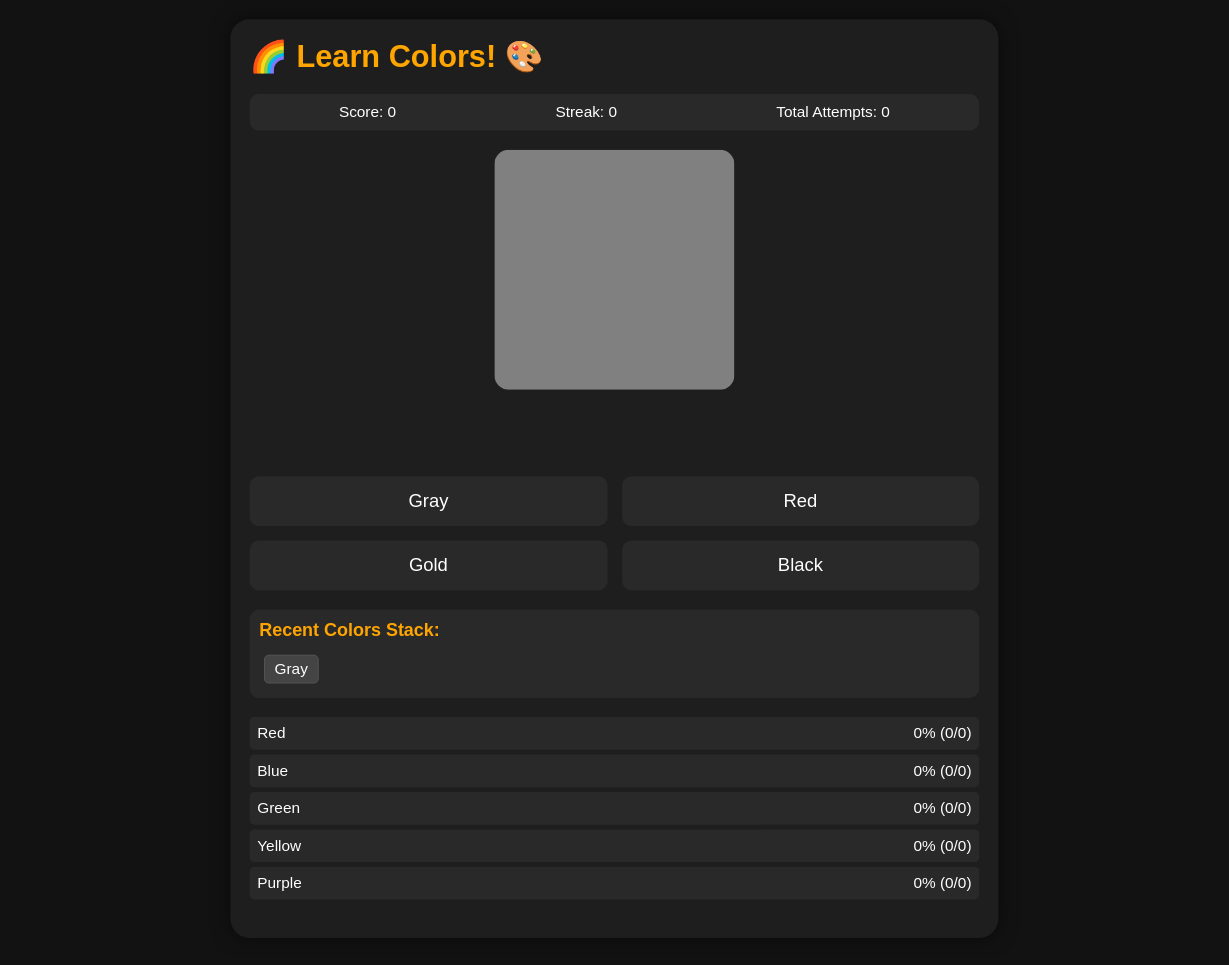
Repository: abhijeets54/learncolors
Page: project.html
An editor plug-in stored every save of this project. The page is shown before and after the next save, followed by the edit.
The browser window is 1280 px wide. The pictures show the whole page, at 96% of full size.

Above is the page before, as saved 2024-11-17 20:02:05.

After the next save:
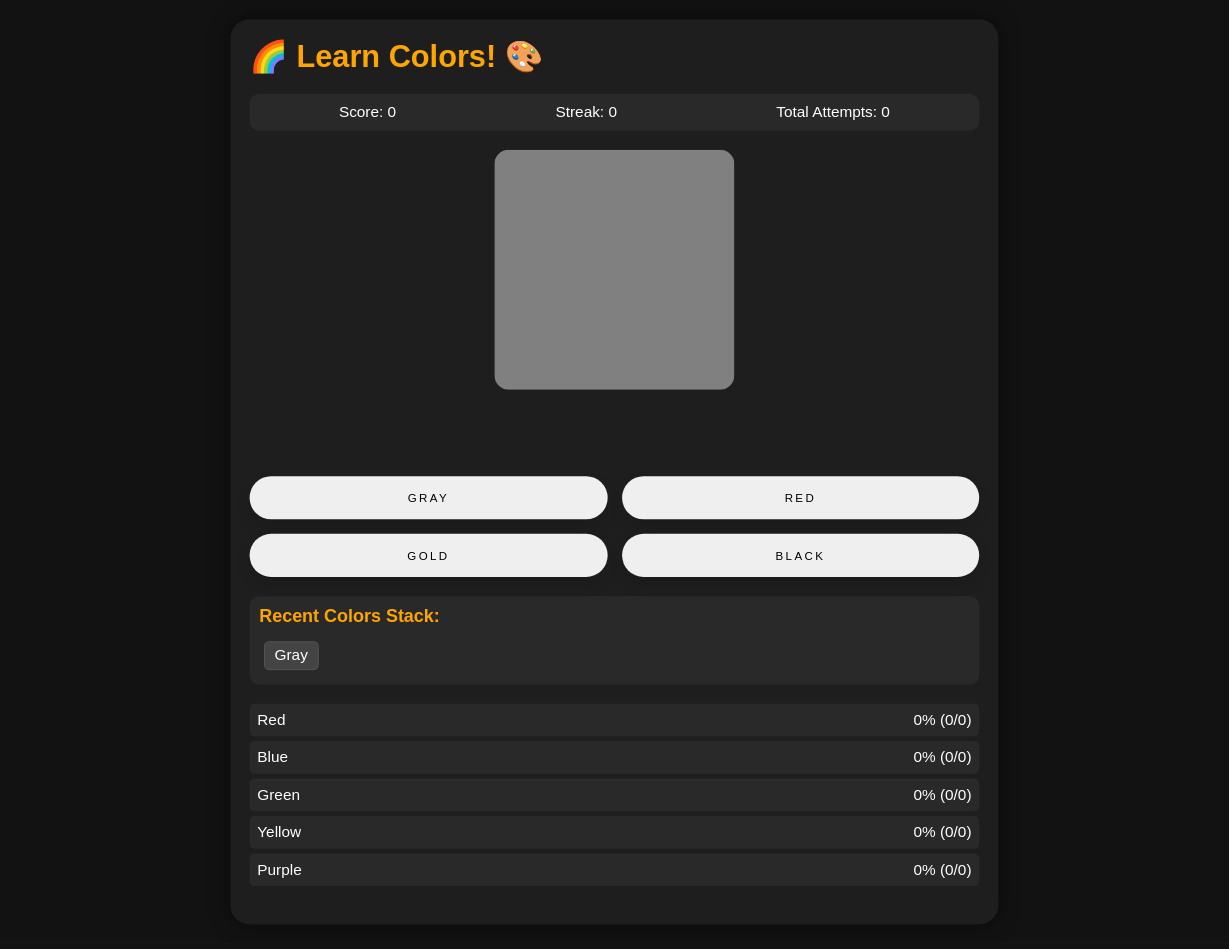
Saved 6 min 11 s later.
--- a/project.html
+++ b/project.html
@@ -57,20 +57,29 @@
         }
 
         .color-btn {
-            padding: 15px;
-            font-size: 1.2em;
-            border: none;
-            border-radius: 10px;
-            cursor: pointer;
-            background: #292929;
-            color: #ffffff;
-            transition: transform 0.2s, background 0.2s;
-        }
-
-        .color-btn:hover {
-            transform: scale(1.05);
-            background: #444444;
-        }
+  padding: 1.3em 3em;
+  font-size: 12px;
+  text-transform: uppercase;
+  letter-spacing: 2.5px;
+  font-weight: 500;
+  color: #000; /* Keep the text black */
+  border: none;
+  border-radius: 45px;
+  box-shadow: 0px 8px 15px rgba(0, 0, 0, 0.1);
+  transition: all 0.3s ease 0s;
+  cursor: pointer;
+  outline: none;
+}
+
+.color-btn:hover {
+  box-shadow: 0px 15px 20px rgba(0, 0, 0, 0.2);
+  transform: translateY(-7px);
+}
+
+.color-btn:active {
+  transform: translateY(-1px);
+}
+
 
         .feedback {
             text-align: center;
